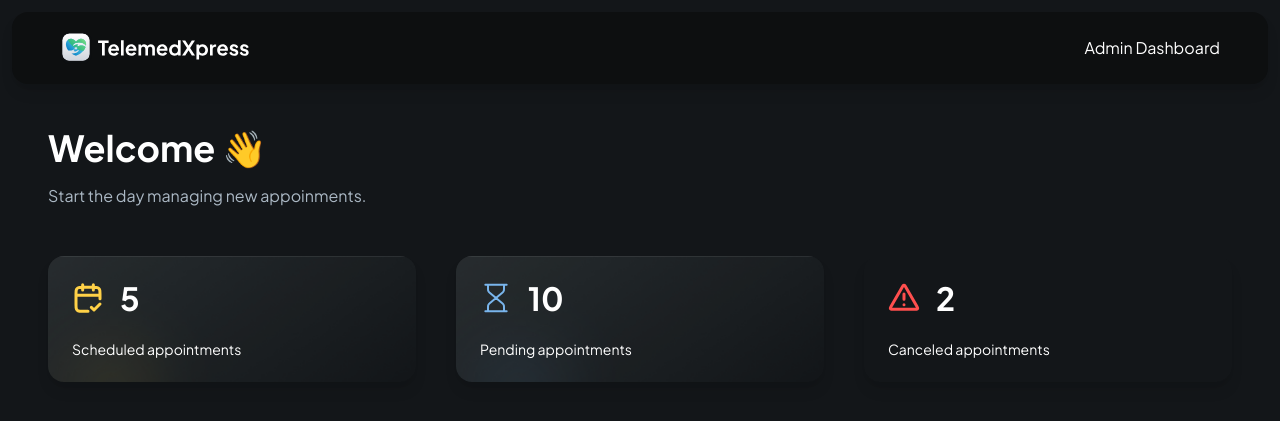
Repository: Carlito-Pedida/telemed
Page: /admin
The author's editor kept a copy of each file at every save. The page is drawn from the files as they stood at one save, then again after the next save.
The browser window is 1280 px wide. The pictures show the whole page.
The project was rebuilt for these pictures with package versions that can differ from the ones it lists, and the page was loaded fresh each time. The framework's server and built-in components were replaced by stand-ins that run in the browser. Also part of the build but not shown: next.config.mjs.

Above is the page before, as saved 2024-11-08 16:26:51.

### app/layout.tsx
import type { Metadata } from "next";
import { Plus_Jakarta_Sans } from "next/font/google";
import "./globals.css";
import { cn } from "@/lib/utils";
import { ThemeProvider } from "@/components/theme-provider";

const fontSans = Plus_Jakarta_Sans({
  subsets: ["latin"],
  weight: ["300", "400", "500", "600", "700"],
  variable: "--font-sans"
});

export const metadata: Metadata = {
  title: "TelemedXpress",
  description: "An Online Healthcare Resource"
};

export default function RootLayout({
  children
}: Readonly<{
  children: React.ReactNode;
}>) {
  return (
    <html lang="en">
      <body
        className={cn(
          "min-h-screen bg-dark-300 font-sans antialiased",
          fontSans.variable
        )}
      >
        <ThemeProvider
          attribute="class"
          defaultTheme="dark"
          enableSystem
          disableTransitionOnChange
        >
          {children}
        </ThemeProvider>
      </body>
    </html>
  );
}

### app/admin/page.tsx
import StatCard from "@/components/StatCard";
import Image from "next/image";
import Link from "next/link";
import React from "react";

const Admin = () => {
  return (
    <div className="mx-auto flex max-w-7xl flex-col space-y-14">
      <header className="admin-header">
        <Link href="/" className="cursor-pointer">
          <Image
            src="/assets/icons/logo-full.svg"
            height={32}
            width={32}
            alt="Logo"
            className="h-8 w-fit"
          />
        </Link>

        <p className="" text-16-semibold>
          Admin Dashboard
        </p>
      </header>
      <main className="admin-main">
        <section className="w-full space-y-4">
          <h1 className="header">Welcome 👋</h1>
          <p className="text-dark-700">
            Start the day managing new appoinments.
          </p>
        </section>

        <section className="admin-stat">
          <StatCard
            type="appointments"
            count={5}
            label="Scheduled appointments"
            icon="/assets/icons/appointments.svg"
          />

          <StatCard
            type="pending"
            count={10}
            label="Pending appointments"
            icon="/assets/icons/pending.svg"
          />

          <StatCard
            type="canceled"
            count={2}
            label="Canceled appointments"
            icon="/assets/icons/cancelled.svg"
          />
        </section>
      </main>
    </div>
  );
};

export default Admin;

### lib/utils.ts
import { type ClassValue, clsx } from "clsx";
import { twMerge } from "tailwind-merge";

export function cn(...inputs: ClassValue[]) {
  return twMerge(clsx(inputs));
}

export const parseStringify = (value: any) => JSON.parse(JSON.stringify(value));

export const convertFileToUrl = (file: File) => URL.createObjectURL(file);

// FORMAT DATE TIME
export const formatDateTime = (dateString: Date | string) => {
  const dateTimeOptions: Intl.DateTimeFormatOptions = {
    // weekday: "short", // abbreviated weekday name (e.g., 'Mon')
    month: "short", // abbreviated month name (e.g., 'Oct')
    day: "numeric", // numeric day of the month (e.g., '25')
    year: "numeric", // numeric year (e.g., '2023')
    hour: "numeric", // numeric hour (e.g., '8')
    minute: "numeric", // numeric minute (e.g., '30')
    hour12: true // use 12-hour clock (true) or 24-hour clock (false)
  };

  const dateDayOptions: Intl.DateTimeFormatOptions = {
    weekday: "short", // abbreviated weekday name (e.g., 'Mon')
    year: "numeric", // numeric year (e.g., '2023')
    month: "2-digit", // abbreviated month name (e.g., 'Oct')
    day: "2-digit" // numeric day of the month (e.g., '25')
  };

  const dateOptions: Intl.DateTimeFormatOptions = {
    month: "short", // abbreviated month name (e.g., 'Oct')
    year: "numeric", // numeric year (e.g., '2023')
    day: "numeric" // numeric day of the month (e.g., '25')
  };

  const timeOptions: Intl.DateTimeFormatOptions = {
    hour: "numeric", // numeric hour (e.g., '8')
    minute: "numeric", // numeric minute (e.g., '30')
    hour12: true // use 12-hour clock (true) or 24-hour clock (false)
  };

  const formattedDateTime: string = new Date(dateString).toLocaleString(
    "en-US",
    dateTimeOptions
  );

  const formattedDateDay: string = new Date(dateString).toLocaleString(
    "en-US",
    dateDayOptions
  );

  const formattedDate: string = new Date(dateString).toLocaleString(
    "en-US",
    dateOptions
  );

  const formattedTime: string = new Date(dateString).toLocaleString(
    "en-US",
    timeOptions
  );

  return {
    dateTime: formattedDateTime,
    dateDay: formattedDateDay,
    dateOnly: formattedDate,
    timeOnly: formattedTime
  };
};

export function encryptKey(passkey: string) {
  return btoa(passkey);
}

export function decryptKey(passkey: string) {
  return atob(passkey);
}

### components/StatCard.tsx
import clsx from "clsx";
import Image from "next/image";
import React from "react";

interface StatCardProps {
  type: "appointments" | "pending" | "canceled";
  count: number;
  label: string;
  icon: string;
}

const StatCard = ({ count = 0, label, icon, type }: StatCardProps) => {
  return (
    <div
      className={clsx("stat-card", {
        "bg-appointments": type === "appointments",
        "bg-pending": type === "pending",
        "bg-canceled": type === "canceled"
      })}
    >
      <div className="flex items-center gap-4">
        <Image
          src={icon}
          height={32}
          width={32}
          alt={label}
          className="size-8 w-fit"
        />
        <h2 className="text-32-bold text-white">{count}</h2>
      </div>

      <p className="text-14-regular">{label}</p>
    </div>
  );
};

export default StatCard;

### tailwind.config.ts
import type { Config } from "tailwindcss";

const { fontFamily } = require("tailwindcss/defaultTheme");

const config = {
  darkMode: ["class"],
  content: [
    "./pages/**/*.{ts,tsx}",
    "./components/**/*.{ts,tsx}",
    "./app/**/*.{ts,tsx}",
    "./src/**/*.{ts,tsx}"
  ],
  prefix: "",
  theme: {
    container: {
      center: true,
      padding: "2rem",
      screens: {
        "2xl": "1400px"
      }
    },
    extend: {
      colors: {
        green: {
          500: "#24AE7C",
          600: "#0D2A1F"
        },
        blue: {
          500: "#79B5EC",
          600: "#152432"
        },
        red: {
          500: "#F37877",
          600: "#3E1716",
          700: "#F24E43"
        },
        light: {
          200: "#E8E9E9"
        },
        dark: {
          200: "#0D0F10",
          300: "#131619",
          400: "#1A1D21",
          500: "#363A3D",
          600: "#76828D",
          700: "#ABB8C4"
        }
      },
      fontFamily: {
        sans: ["var(--font-sans)", ...fontFamily.sans]
      },
      backgroundImage: {
        appointments: "url('/assets/images/appointments-bg.png')",
        pending: "url('/assets/images/pending-bg.png')",
        cancelled: "url('/assets/images/cancelled-bg.png')"
      },
      keyframes: {
        "accordion-down": {
          from: { height: "0" },
          to: { height: "var(--radix-accordion-content-height)" }
        },
        "accordion-up": {
          from: { height: "var(--radix-accordion-content-height)" },
          to: { height: "0" }
        },
        "caret-blink": {
          "0%,70%,100%": { opacity: "1" },
          "20%,50%": { opacity: "0" }
        }
      },
      animation: {
        "accordion-down": "accordion-down 0.2s ease-out",
        "accordion-up": "accordion-up 0.2s ease-out",
        "caret-blink": "caret-blink 1.25s ease-out infinite"
      }
    }
  },
  plugins: [require("tailwindcss-animate")]
} satisfies Config;

export default config;

Loaded but not shown: app/globals.css (common file); components/theme-provider.tsx (common file)

After the next save:
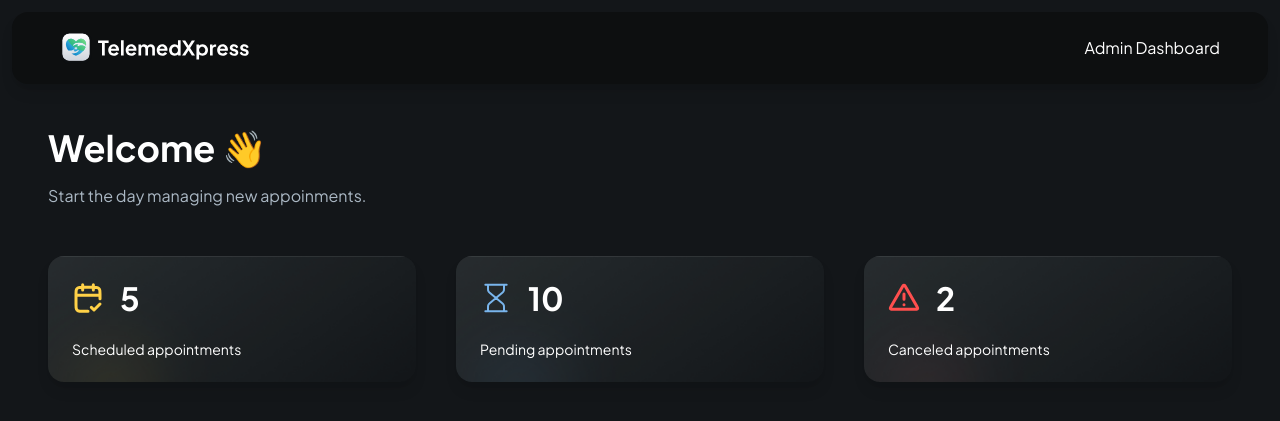
Saved 51 s later.
--- a/components/StatCard.tsx
+++ b/components/StatCard.tsx
@@ -15,7 +15,7 @@ const StatCard = ({ count = 0, label, icon, type }: StatCardProps) => {
       className={clsx("stat-card", {
         "bg-appointments": type === "appointments",
         "bg-pending": type === "pending",
-        "bg-canceled": type === "canceled"
+        "bg-cancelled": type === "canceled"
       })}
     >
       <div className="flex items-center gap-4">

After the save that followed:
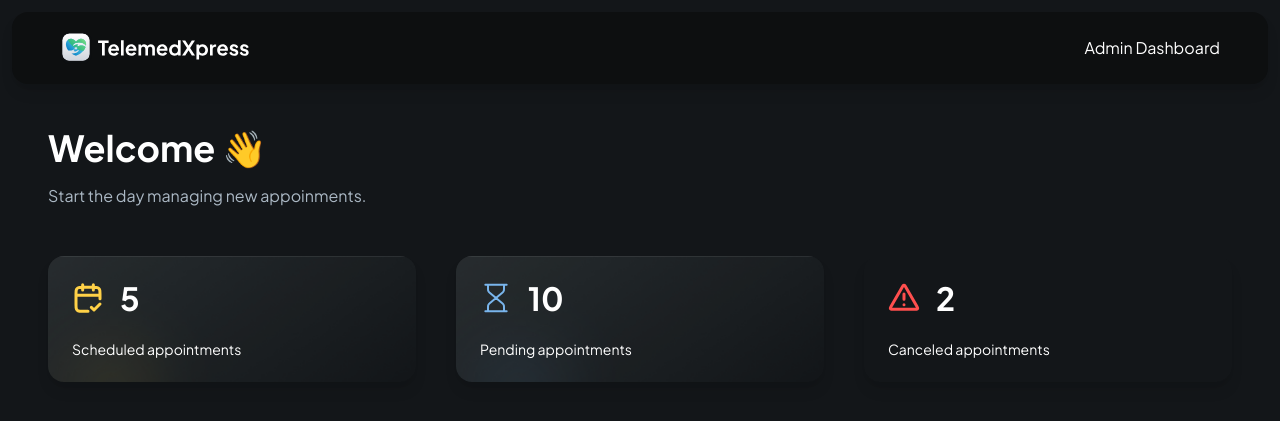
Saved 78 s later.
--- a/tailwind.config.ts
+++ b/tailwind.config.ts
@@ -52,7 +52,7 @@ const config = {
       backgroundImage: {
         appointments: "url('/assets/images/appointments-bg.png')",
         pending: "url('/assets/images/pending-bg.png')",
-        cancelled: "url('/assets/images/cancelled-bg.png')"
+        canceled: "url('/assets/images/cancelled-bg.png')"
       },
       keyframes: {
         "accordion-down": {
